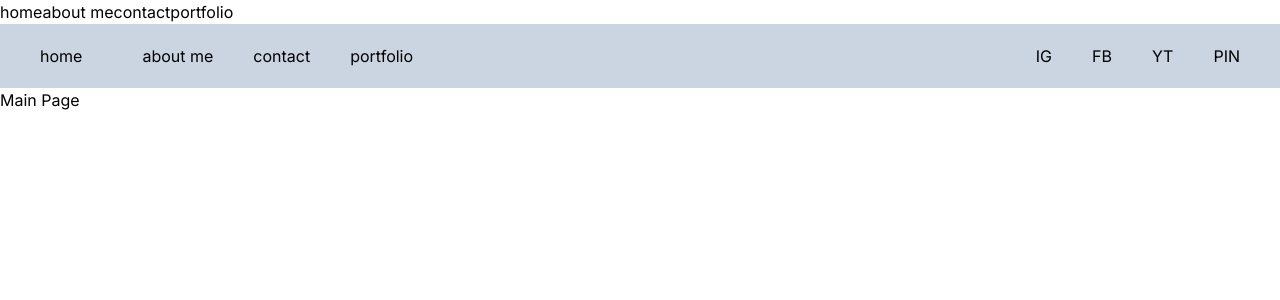
Repository: hubertrh/klaudia-personal-next
Page: /
An editor plug-in stored every save of this project. The page is shown before and after the next save, followed by the edit.
The browser window is 1280 px wide. The pictures show the whole page.
The project was rebuilt for these pictures with package versions that can differ from the ones it lists, and the page was loaded fresh each time. The framework's server and built-in components were replaced by stand-ins that run in the browser. Also part of the build but not shown: next.config.js.

Above is the page before, as saved 2023-08-11 11:15:33.

### app/layout.tsx
import './globals.css';
import type { Metadata } from 'next';
import { Inter } from 'next/font/google';
import Link from 'next/link';

const inter = Inter({ subsets: ['latin'] });

export const metadata: Metadata = {
  title: 'Klaudia Rogala-Haracz',
  description: 'Portrait and reportage photography. Based in London.',
};

export default function RootLayout({
  children,
}: {
  children: React.ReactNode;
}) {
  return (
    <html lang="en">
      <body className={inter.className}>
        <header>
          <nav>
            <Link href="#!">home</Link>
            <Link href="#!">about me</Link>
            <Link href="#!">contact</Link>
            <Link href="#!">portfolio</Link>
          </nav>
          <div></div>
        </header>
        {children}
      </body>
    </html>
  );
}

### app/(site)/layout.tsx
import '../globals.css';
import type { Metadata } from 'next';
import { Inter } from 'next/font/google';
import Link from 'next/link';

const inter = Inter({ subsets: ['latin'] });

export const metadata: Metadata = {
  title: 'Klaudia Rogala-Haracz',
  description: 'Portrait and reportage photography. Based in London.',
};

export default function RootLayout({
  children,
}: {
  children: React.ReactNode;
}) {
  return (
    <html lang="en">
      <body className={inter.className}>
        <header className="flex justify-between bg-slate-300 p-5">
          <nav>
            <Link className="nav-link !pr-10" href="#!">
              home
            </Link>
            <Link className="nav-link" href="#!">
              about me
            </Link>
            <Link className="nav-link" href="#!">
              contact
            </Link>
            <Link className="nav-link" href="/portfolio">
              portfolio
            </Link>
          </nav>
          <div>
            <Link
              className="social-icon"
              href="https://www.instagram.com/_klaudiarogala/"
            >
              IG
            </Link>
            <Link
              className="social-icon"
              href="https://www.facebook.com/klaudiarogalaphotographer/"
            >
              FB
            </Link>
            <Link
              className="social-icon"
              href="https://www.youtube.com/channel/UCyVfMWp16X_wYCG9213YOQw/"
            >
              YT
            </Link>
            <Link
              className="social-icon"
              href="https://www.pinterest.com/zuzannnnaa/"
            >
              PIN
            </Link>
            {/* <a class="lang-btn" href="/pl/index.html"><img src="/icons/flag-pl.svg" /></a> */}
          </div>
        </header>
        {children}
      </body>
    </html>
  );
}

### app/(site)/page.tsx
export default function Home() {
  return <div>Main Page</div>;
}

### app/globals.css
@tailwind base;
@tailwind components;
@tailwind utilities;

:root {
  --foreground-rgb: 0, 0, 0;
  --background-rgb: 255, 255, 255;
}

body {
  color: rgb(var(--foreground-rgb));
  background: rgb(var(--background-end-rgb));
}

.nav-link {
  @apply px-5;
}

.social-icon {
  @apply px-5;
}

Loaded but not shown: tailwind.config.js (common file)

After the next save:
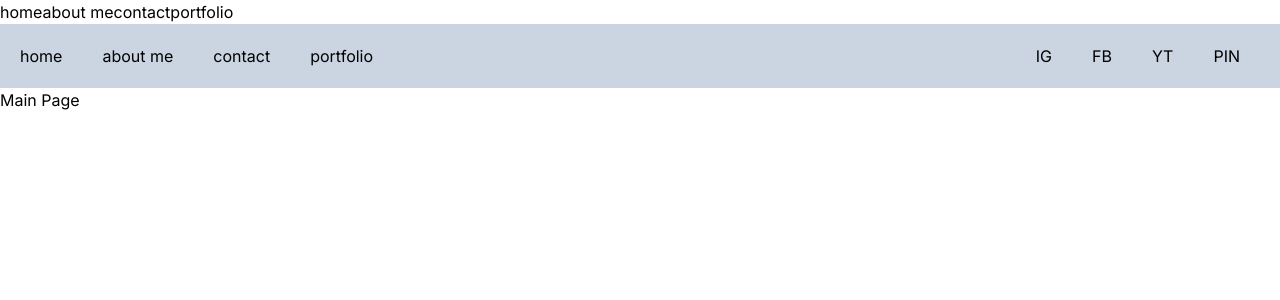
Saved 23 s later.
--- a/app/globals.css
+++ b/app/globals.css
@@ -13,7 +13,7 @@ body {
 }
 
 .nav-link {
-  @apply px-5;
+  @apply pr-10;
 }
 
 .social-icon {
